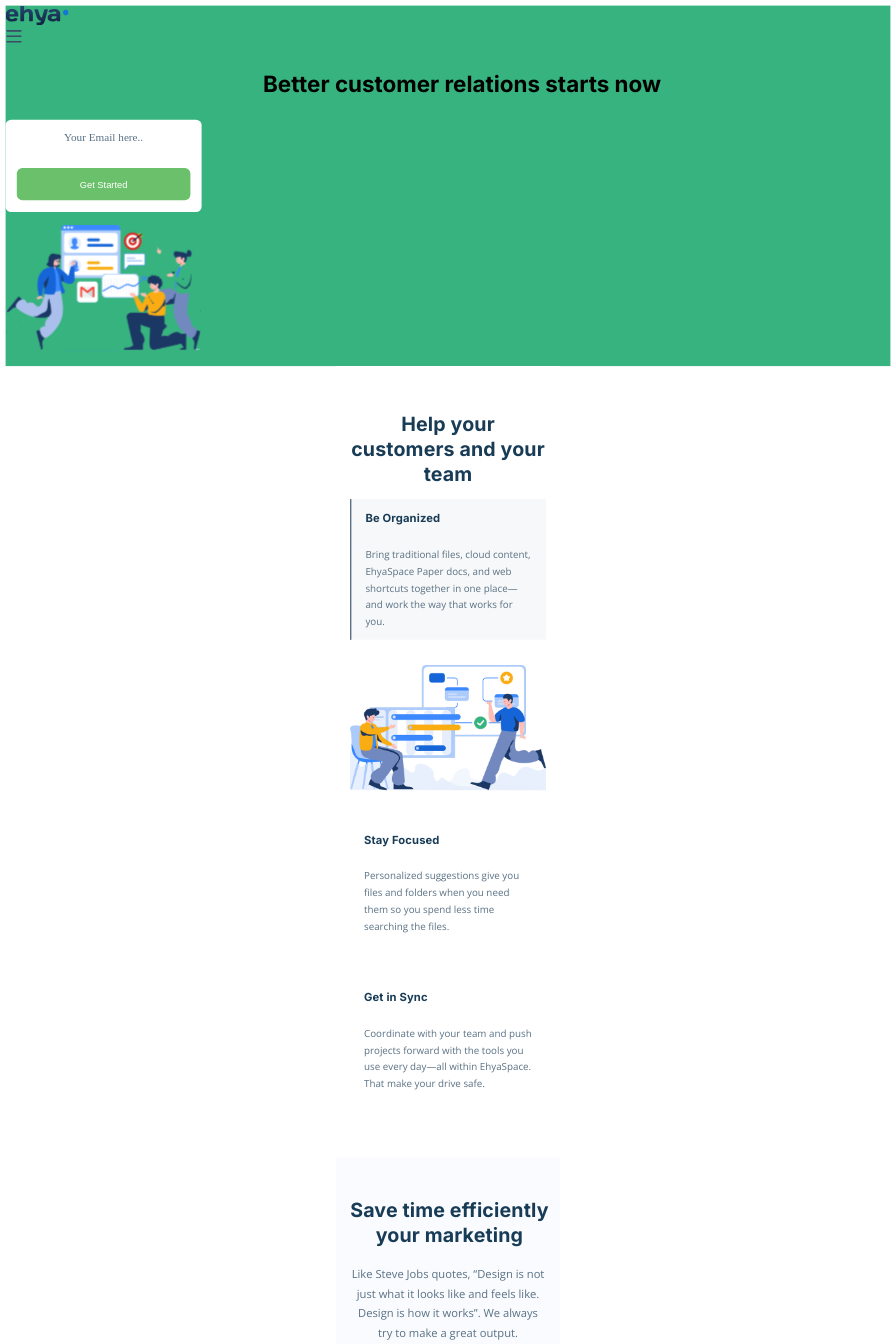
Repository: umlaufissss/provaFront
Page: HTML/index.html
An editor plug-in stored every save of this project. The page is shown before and after the next save, followed by the edit.
The browser window is 1280 px wide. The pictures show the part of the page from y = 0 to 1920 px (the page is 3577 px tall before and 3547 px after), at 70% of full size.
Some web fonts or font styles are not loaded; a fallback is used.

Above is the page before, as saved 2026-06-22 19:16:20.

### HTML/index.html
<!DOCTYPE html>
<html lang="pt-br">
<head>
    <meta charset="UTF-8">
    <meta name="viewport" content="width=device-width, initial-scale=1.0">
    <link rel="stylesheet" href="../CSS/style.css">
    <link href="https://fonts.googleapis.com/css2?family=Inter:ital,opsz,wght@0,14..32,100..900;1,14..32,100..900&family=Montserrat:ital,wght@0,100..900;1,100..900&family=Paytone+One&display=swap" rel="stylesheet">
    <link href="https://fonts.googleapis.com/css2?family=Inter:ital,opsz,wght@0,14..32,100..900;1,14..32,100..900&family=Montserrat:ital,wght@0,100..900;1,100..900&family=Open+Sans:ital,wght@0,300..800;1,300..800&family=Paytone+One&display=swap" rel="stylesheet">

    <title>Prova de Recuperação Front End</title>
</head>
<body>

    <header class="mainGrid">
        <section class="generalCard">

            <section class="topCima">

                <!-- logo -->
                <div class="sonnImg">
                    <img src="/assets/icons/Logo.svg" alt="logo">
                </div>

                <div class="menu">
                    <img src="/assets/icons/ic_Menu (1).svg" alt="menu">
                </div>

            </section>

            <section class="meio">
                <div class="phrase">
                    <ul>
                        <p>Better customer relations starts now<p>
                    <ul>
                </div>

                <div class="card">

                    <p>Your Email here..<p>

                    <button type="button" class="button-submit">Get Started</button>

                </div>

                <div class="imagemTop">
                    <img src="/assets/img/Customer Development.svg" alt="imagemInicio">
                </div>

            </section>




        </section>
    </header>


    <main class="masterBoard">

        <section class="hero" id="teamSuggestions">

            <!-- Aqui a linha não é quebrada como proposto no Figma,
             mas seus valores de width e height são idênticos no CSS
             VEJA: "#teamSuggestions h2" em style.css-->
            <h2>Help your customers and your team</h2>

            <article class="cardSuggestions" id="beOrganized">
                <h3>
                    Be Organized
                </h3>
                <p>
                    Bring traditional files, cloud content,
                    EhyaSpace Paper docs, and web
                    shortcuts together in one
                    place—and work the way that works
                    for you.
                </p>
            </article>

            <img src="../assets/img/Organize Operations.png" alt="Organize Operations with Your Team">

            <article class="cardSuggestions">
                <h3>
                    Stay Focused
                </h3>
                <p>
                    Personalized suggestions give you
                    files and folders when you need
                    them so you spend less time
                    searching the files.
                </p>
            </article>

            <article class="cardSuggestions">
                <h3>Get in Sync</h3>
                <p>
                    Coordinate with your team and push
                    projects forward with the tools you
                    use every day—all within EhyaSpace.
                    That make your drive safe.
                </p>
            </article>
        </section>

    </main>

    <section class="second" id="saveTime">

            <h2>Save time efficiently your marketing</h2>

            <p>Like Steve Jobs quotes, “Design is not
                just what it looks like and feels like.
                Design is how it works”. We always
                try to make a great output.
            </p>

            <a class="btnLearn">
                <button type="button" aria-label="Click here to learn more">
                    Learn More <img src="../assets/icons/arrow.png">
                </button>
            </a>

            <img class="woman" src="../assets/img/Woman Falling.png" alt="Woman learning marketing">

            <img class="line" id="dotted" src="../assets/img/Line.png">

            <article class="quoteAndries">

                <!-- Aqui a linha não é quebrada como proposto no Figma,
                 mas seus valores de width e height são idênticos no CSS
                 VEJA: "#saveTime .quoteAndries p" em style.css-->
                <p>
                    “In-context messaging lets us form 1:1
                    connections  with our users
                    more efficient.
                </p>

                <h3>Andries Grootoonk</h3>
                <h4>VP Quality Assurance</h4>

                <img src="../assets/img/LogoUnionBank.png" alt="Logo of Union Bank">
            </article>
        </section>

        <footer class="baseboard">
            <section class="principalBaseboard">
                <div class="cardFooter">
                    <h4>Product</h4>
                    <ul>
                        <li><a href="/">Landingpage</a></li>
                        <li><a href="/">Features</a></li>
                        <li><a href="/">Documentation</a></li>
                        <li><a href="/">Referral Program</a></li>
                        <li><a href="/">Pricing</a></li>
                    </ul>
                </div>

                <div class="cardFooter">
                    <h4>Services</h4>
                    <ul>
                        <li><a href="/">Documentation</a></li>
                        <li><a href="/">Design</a></li>
                        <li><a href="/">Themes</a></li>
                        <li><a href="/">Illustrations</a></li>
                        <li><a href="/">UI Kit</a></li>
                    </ul>
                </div>

                <div class="cardFooter">
                    <h4>Company</h4>
                    <ul>
                        <li><a href="/">About</a></li>
                        <li><a href="/">Terms</a></li>
                        <li><a href="/">Privacy Policy</a></li>
                        <li><a href="/">Careers</a></li>
                    </ul>
                </div>

                <div class="cardFooter">
                    <h4>More</h4>
                    <ul>
                        <li><a href="/">Documentation</a></li>
                        <li><a href="/">License</a></li>
                        <li><a href="/">Changelog</a></li>
                    </ul>
                </div>
            </section>

            <section class="bottomBaseboard">

                <div class="mainIcon">
                    <img src="/assets/icons/Logo.svg" alt="Logo 'ehya' do site">
                </div>

                <p>Build a modern and creative website with crealand</p>

                <div class="networkIcons">
                    <article class="icon">
                        <a href="/"><button><img src="/assets/icons/IconG.svg" alt="Ir para página Google"></button></a>
                    </article>

                    <article class="icon">
                        <a href="/"><button><img src="/assets/icons/IconT.svg" alt="Ir para nosso perfil do Twitter"></button></a>
                    </article>

                    <article class="icon">
                        <a href="/"><button><img src="/assets/icons/IconI.svg" alt="Ir para nosso perfil do Instagram"></button></a>
                    </article>

                    <article class="icon">
                        <a href="/"><button><img src="/assets/icons/IconL.svg" alt="Ir para nosso perfil do Linkedin"></button></a>
                    </article>

                    </div>
                </section>
        </footer>
</body>
</html>

### CSS/style.css
:root
{
    --color-white: #FFF;
    --color-vibrant-green: #36B37E;
    --color-bright-gray: #F9FBFE;
    --color-brigther-gray: #F9FBFE;
    --color-navy-blue: #183B56;
    --color-vibrant-dark-blue: #1565D8;
    --color-steel-blue: #5A7184;
    --color-gray: #B3BAC5;
    --color-dotted-line: #9DAAB6;

    /*Opacidade*/
    --color-steel-blue-opacity10: rgba(179, 186, 197, 0.1);
}

*
{
    box-sizing: border-box;
}

.mainGrid{
    margin:0px;
    background-color:#36B37E ;

}

.soonImg img{
  display: flex;
  justify-content: space-between;
  align-items: center;
  margin:0px;
}

.topCima{

}

.phrase p{
    font-family: "Inter" , sans-serif;
    font-weight: 300 ;

    font-family: Inter;
    font-weight: 700;
    font-size: 32px;
    text-align: center;

}

.card{
    display: grid;
    text-align: center;
    background-color: white;
    color: #5A7184;

    width: 280px;
    height: 132px;
    top: 206px;
    left: 20px;


    border-radius: 8px;
    justify-content: center;
    align-items: center;
}


.card button{
    background-color: rgb(107, 192, 107);
    color: white;

    height: 46px;
    width: 248px;
    border: 0px;
    border-radius: 8px;

    top: 276px;
    left: 36px;


}

.imagemTop img{
    width: 280px;
    height: 180px;

    margin: 18px 0 18px;

}




.masterBoard
{
    padding: 0 20px;
    background-color: var(--color-white);

    width: 320px;
    justify-self: center;
}

#teamSuggestions
{
    display: flex;
    flex-direction: column;
    justify-self: center;

    padding: 64px 0 56px;
}
#teamSuggestions h2
{
    font-family: "Inter", sans-serif;
    font-weight: 700;
    font-size: 28px;
    line-height: 36px;
    letter-spacing: 0.2px;
    text-align: center;

    color: var(--color-navy-blue);

    margin: 0;

    width: 280px;
    height: 108px;
}

#teamSuggestions .cardSuggestions
{
    width: 280px;
    height: 201px;
    display: flex;
    flex-direction: column;
    justify-content: center;

    margin: 12px 0;
}

#teamSuggestions .cardSuggestions h3
{
    font-family: "Inter",sans-serif;
    font-weight: 700;
    font-size: 16px;
    line-height: 20px;
    letter-spacing: 0.2px;

    color: var(--color-navy-blue);

    margin-left: 20px;
}

#teamSuggestions .cardSuggestions p
{
    font-family: Open Sans;
    font-weight: 400;
    font-size: 14px;
    line-height: 24px;
    letter-spacing: 0px;

    color: var(--color-steel-blue);
    margin-left: 20px;

    width: 240px;
}

#teamSuggestions img
{
    width: 280px;
    height: 180px;

    margin: 18px 0 18px;
}

#teamSuggestions #beOrganized
{

    background-color: var(--color-steel-blue-opacity10);
    border-left: 2px solid var(--color-steel-blue);

    margin: 18px 0;
}

#saveTime
{
    padding: 56px 20px 58px;
    background-color: var(--color-brigther-gray);

    width: 320px;
    display: flex;
    flex-direction: column;
    justify-self: center;
    text-align: center;
}

#saveTime h2
{
    font-family: "Inter", sans-serif;
    font-weight: 700;
    font-size: 28px;
    line-height: 36px;
    letter-spacing: 0.2px;
    text-align: center;

    color: var(--color-navy-blue);

    width: 284px;
    height: 72px;

    margin: 0;
}

#saveTime p
{
    font-family: "Open Sans", sans-serif;
    font-weight: 400;
    font-size: 16px;
    line-height: 28px;
    letter-spacing: 0px;
    text-align: center;

    color: var(--color-steel-blue);

    width: 280px;
    height: 112px;

    margin: 24px 0;
}

#saveTime .btnLearn
{
    display: flex;

    justify-content: center;
    margin-bottom: 34px;

}

#saveTime .btnLearn button
{
    font-family: "Open Sans", sans-serif;
    font-weight: 700;
    font-size: 16px;
    line-height: 100%;
    letter-spacing: 0px;

    background-color: transparent;
    border: none;
    color: var(--color-vibrant-dark-blue);
}

#saveTime .btnLearn button img
{
    margin-left: 10px;
}

#saveTime .woman
{
    width: 280px;
    height: 192px;
}

#saveTime #dotted.line
{
    margin: 40px 0 37px;
}

#saveTime .quoteAndries p
{
    font-family: "Open Sans", sans-serif;
    font-weight: 400;
    font-size: 14px;
    line-height: 24px;
    letter-spacing: 0px;
    text-align: center;

    width: 280px;
    height: 72px;

    margin: 0;

    color: var(--color-steel-blue);
}

#saveTime .quoteAndries h3
{
    font-family: "Open Sans", sans-serif;
    font-weight: 600;
    font-size: 16px;
    line-height: 100%;
    letter-spacing: 0px;

    color: var(--color-navy-blue);

    margin: 20px 0 7px;
}

#saveTime .quoteAndries h4
{
    font-family: Open Sans;
    font-weight: 400;
    font-size: 14px;
    line-height: 20px;
    letter-spacing: 0px;
    text-align: center;

    color: var(--color-steel-blue);

    margin: 0 0 20px;
}

#saveTime .quoteAndries img
{
    width: 102.85px;
    height: 34.1px;
}

.cardFooter ul li {
    list-style-type: none;
    margin: 15px;

}
.cardFooter a{
    font-family: "Open Sans", sans-serif;
    font-size: 14px;
    color: var(--color-navy-blue);
    text-decoration: none;
}

After the next save:
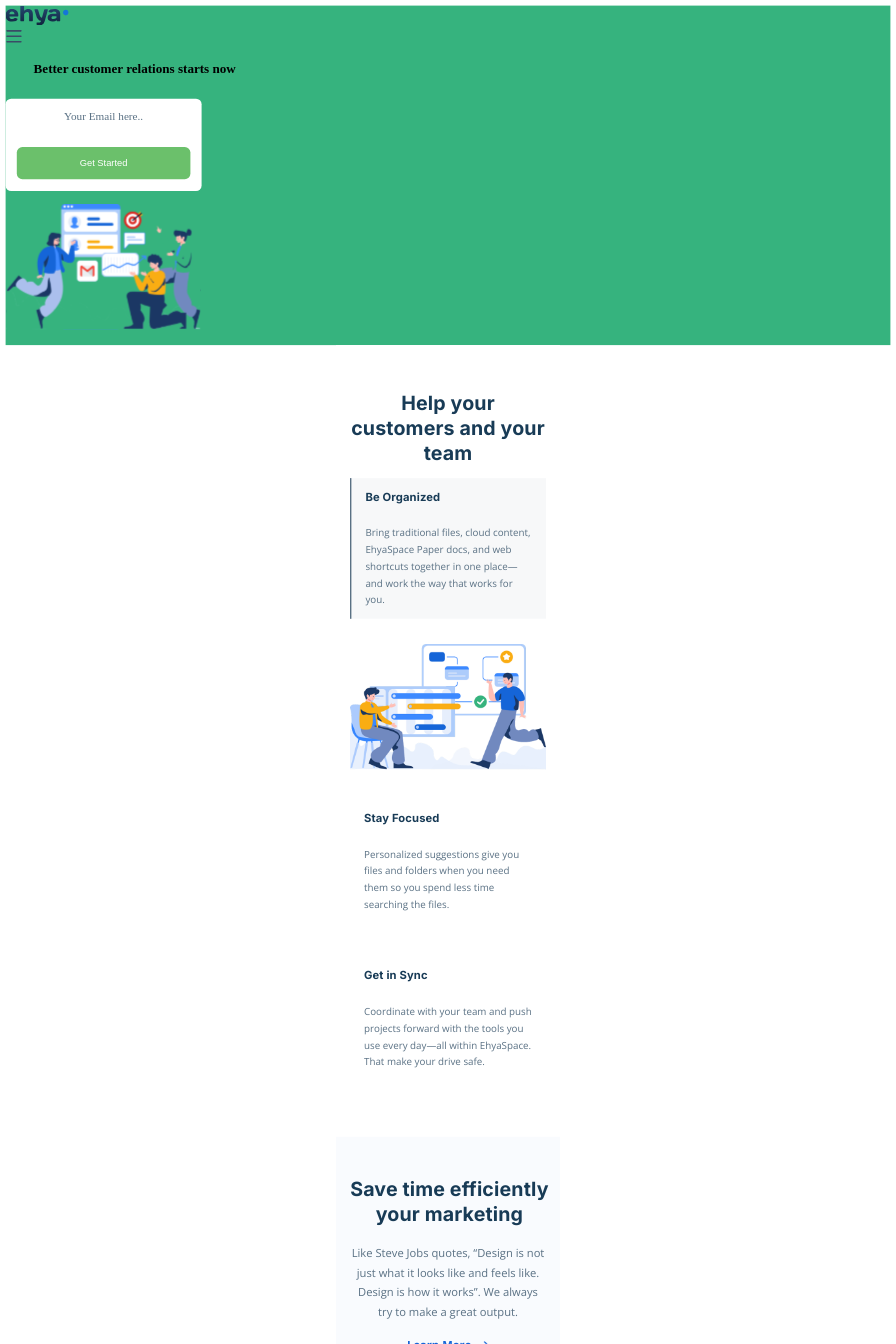
Saved 5 s later.
--- a/HTML/index.html
+++ b/HTML/index.html
@@ -30,7 +30,7 @@
             <section class="meio">
                 <div class="phrase">
                     <ul>
-                        <p>Better customer relations starts now<p>
+                        <h1>Better customer relations starts now<p>
                     <ul>
                 </div>
 
